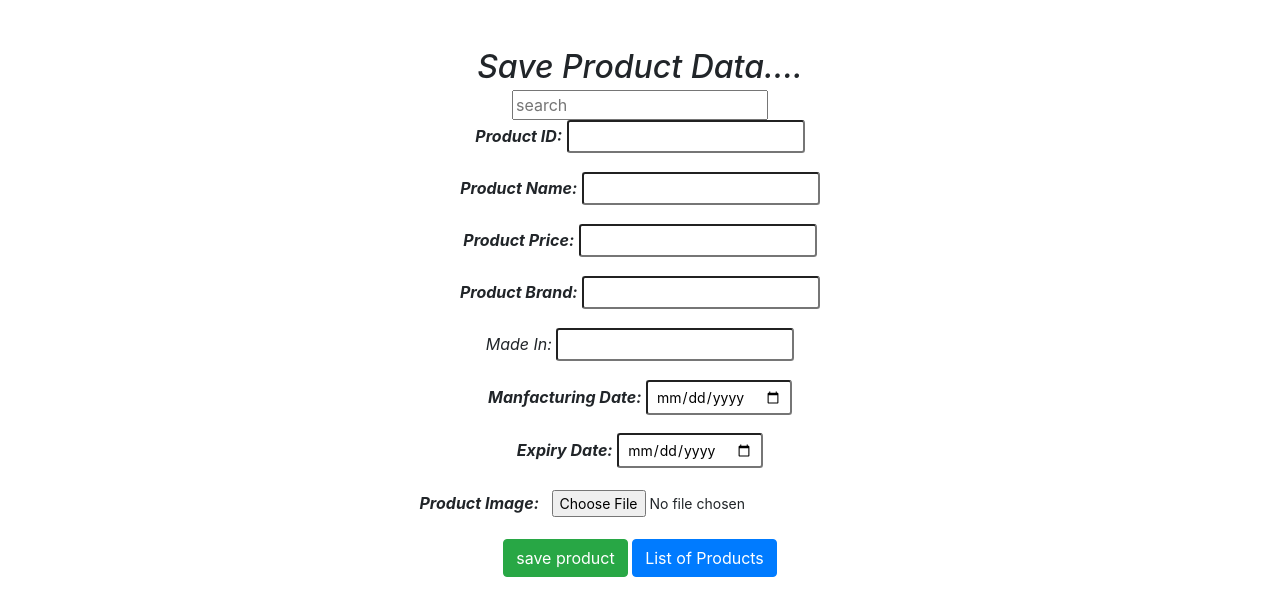
Repository: kamisettiprasanna/AdvJavaPrograms
Page: ProductManagementApp/src/main/webapp/app-product.html
An editor plug-in stored every save of this project. The page is shown before and after the next save, followed by the edit.
The browser window is 1280 px wide. The pictures show the whole page.

Above is the page before, as saved 2024-03-06 06:53:35.

### ProductManagementApp/src/main/webapp/app-product.html
<!DOCTYPE html>
<html>
<head>
    <title>Add Product</title>
    <!-- BootStrap CDN link to get the support of BootStrap -->
    <link rel="stylesheet"
     href="https://cdn.jsdelivr.net/npm/bootstrap@4.0.0/dist/css/bootstrap.min.css">

         <!-- This is  java Script validation  code location -->
         <script src="formvalidation.js"></script>
</head>
<body>
    <div class="container mt-5 text-center">
        <h2 class="text-center font-italic mb-1">Save Product Data....  </h2>

        <form method="post" action="./AddProductServlet" enctype="multipart/form-data" onsubmit="return validateForm()">
        <div>
        <input type="text" placeholder="search">
        </div>

              <div class="form-group">
                  <label class="font-italic font-weight-bold" for="proId">Product ID: </label>
                  <input type="text" class="form-control-sm" id="proId" name="proId" required/>
               </div>


              <div class="form-group">
                  <label class="font-italic font-weight-bold" for="proName">Product Name: </label>
                  <input type="text" class="form-control-sm" id="proName" name="proName" required/>
               </div>


                <div class="form-group">
                  <label class="font-italic font-weight-bold" for="proPrice">Product Price: </label>
                  <input type="number" class="form-control-sm" id="proPrice" name="proPrice" required/>
               </div>


                <div class="form-group">
                  <label class="font-italic font-weight-bold" for="proBrand">Product Brand: </label>
                  <input type="text" class="form-control-sm" id="proBrand" name="proBrand" required/>
               </div>


                 <div class="form-group">
                  <label class="font-italic
" for="promadeIn">Made In: </label>
                  <input type="text" class="form-control-sm" id="promadeIn" name="promadeIn" required/>
               </div>


                  <div class="form-group">
                  <label class="font-italic font-weight-bold" for="promDate">Manfacturing Date: </label>
                  <input type="date" class="form-control-sm" id="promDate" name="promDate" required/>
               </div>



                 <div class="form-group">
                  <label class="font-italic font-weight-bold" for="proeDate">Expiry Date: </label>
                  <input type="date" class="form-control-sm" id="promeDate" name="promeDate" required/>
               </div>


                  <div class="form-group">
                  <label class="font-italic font-weight-bold" for="proImage">Product Image: </label>
                  <input type="file" class="form-control-sm" id="proImage" name="proImage"  accept="image/*" required/>
               </div>


                  <div>
                  <input type="submit" class="btn btn-success" value="save product"/>
                  <a href="productList.jsp" class="btn btn-primary">List of Products</a>
               </div>

        </form>


    </div>
</body>
</html>

After the next save:
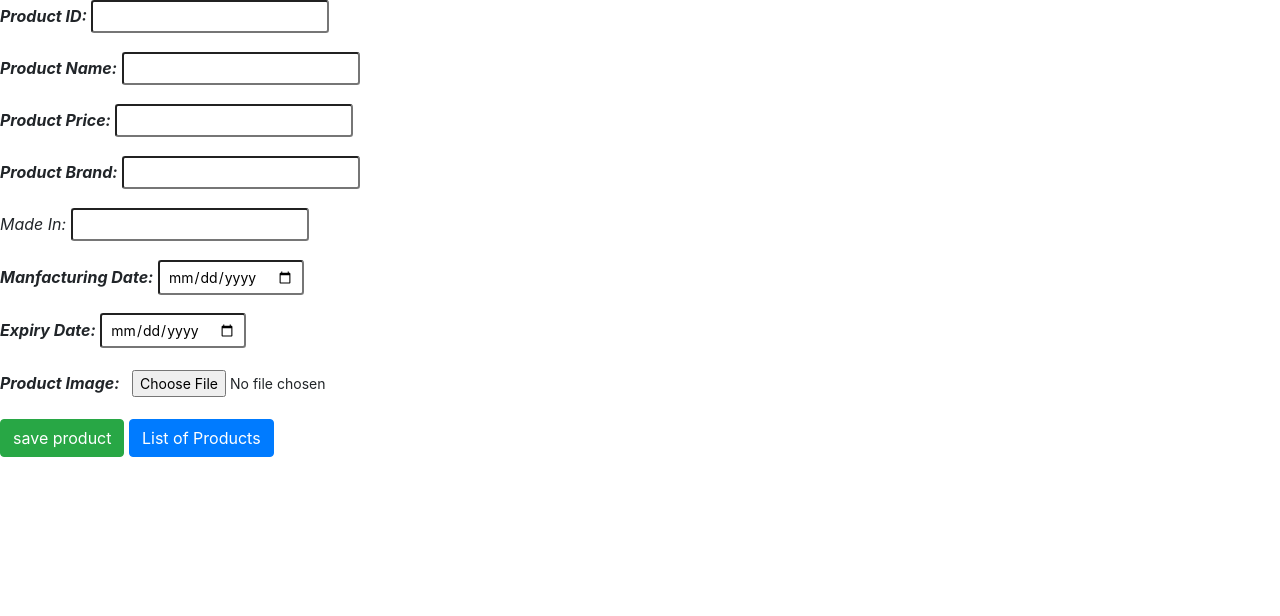
Saved 23 s later.
--- a/ProductManagementApp/src/main/webapp/app-product.html
+++ b/ProductManagementApp/src/main/webapp/app-product.html
@@ -10,13 +10,9 @@
          <script src="formvalidation.js"></script>
 </head>
 <body>
-    <div class="container mt-5 text-center">
-        <h2 class="text-center font-italic mb-1">Save Product Data....  </h2>
 
         <form method="post" action="./AddProductServlet" enctype="multipart/form-data" onsubmit="return validateForm()">
-        <div>
-        <input type="text" placeholder="search">
-        </div>
+
 
               <div class="form-group">
                   <label class="font-italic font-weight-bold" for="proId">Product ID: </label>
